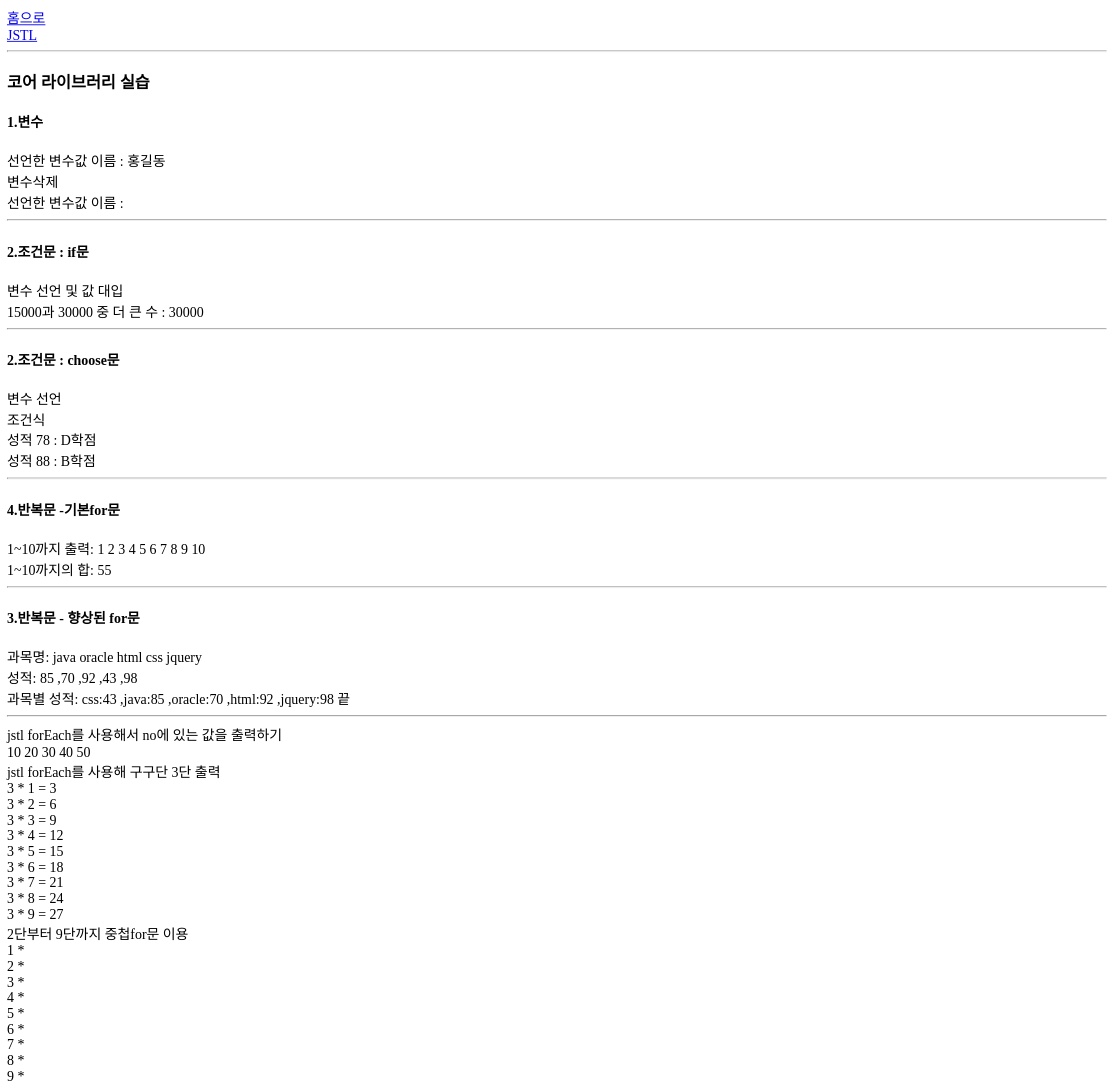
Repository: hyewoon/web
Page: http://localhost/servlet04/jstl/core.jsp
These files come from the project's save history. The page is drawn as it stood at one moment and after the next save; the edit follows.
The browser window is 1280 px wide. The pictures show the whole page, at 87% of full size.
The page is served by Tomcat 9.

Above is the page before, as saved 2022-11-18 06:06:00.

After the next save:
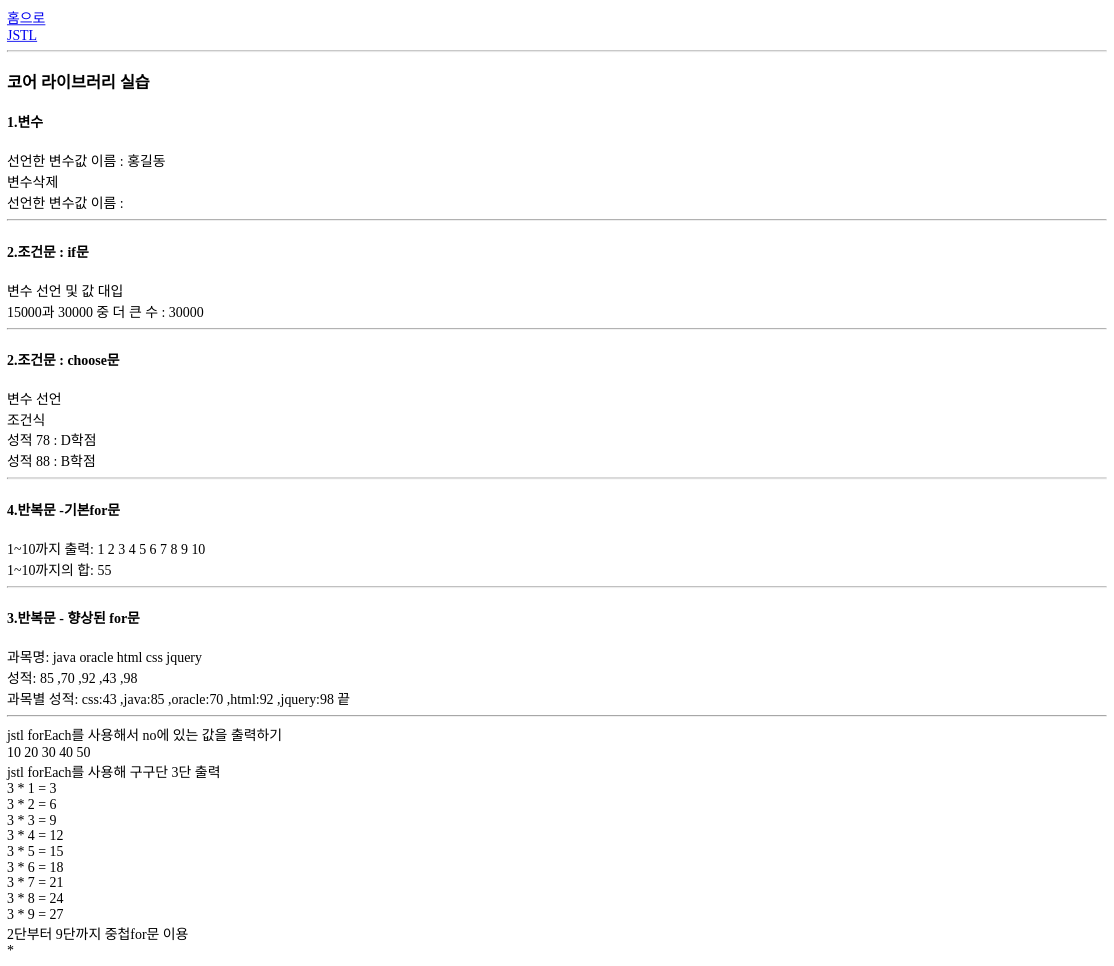
Saved 56 s later.
--- a/servlet04/src/main/webapp/jstl/core.jsp
+++ b/servlet04/src/main/webapp/jstl/core.jsp
@@ -149,11 +149,12 @@
 
 <!--  -->
 <c:forEach  var = "num2" begin= '1' end = '9' step= '1'>
-	<c:forEach var = "num3" begin ='2' end ='9' step ='1'>
+
+
+</c:forEach>
+<c:forEach var = "num3" begin ='2' end ='9' step ='1'>
 	</c:forEach>
-	${num2} * ${num3} <br>
-</c:forEach>
-
+${num2} * ${num3} <br>
 
 </body>
 </html>
